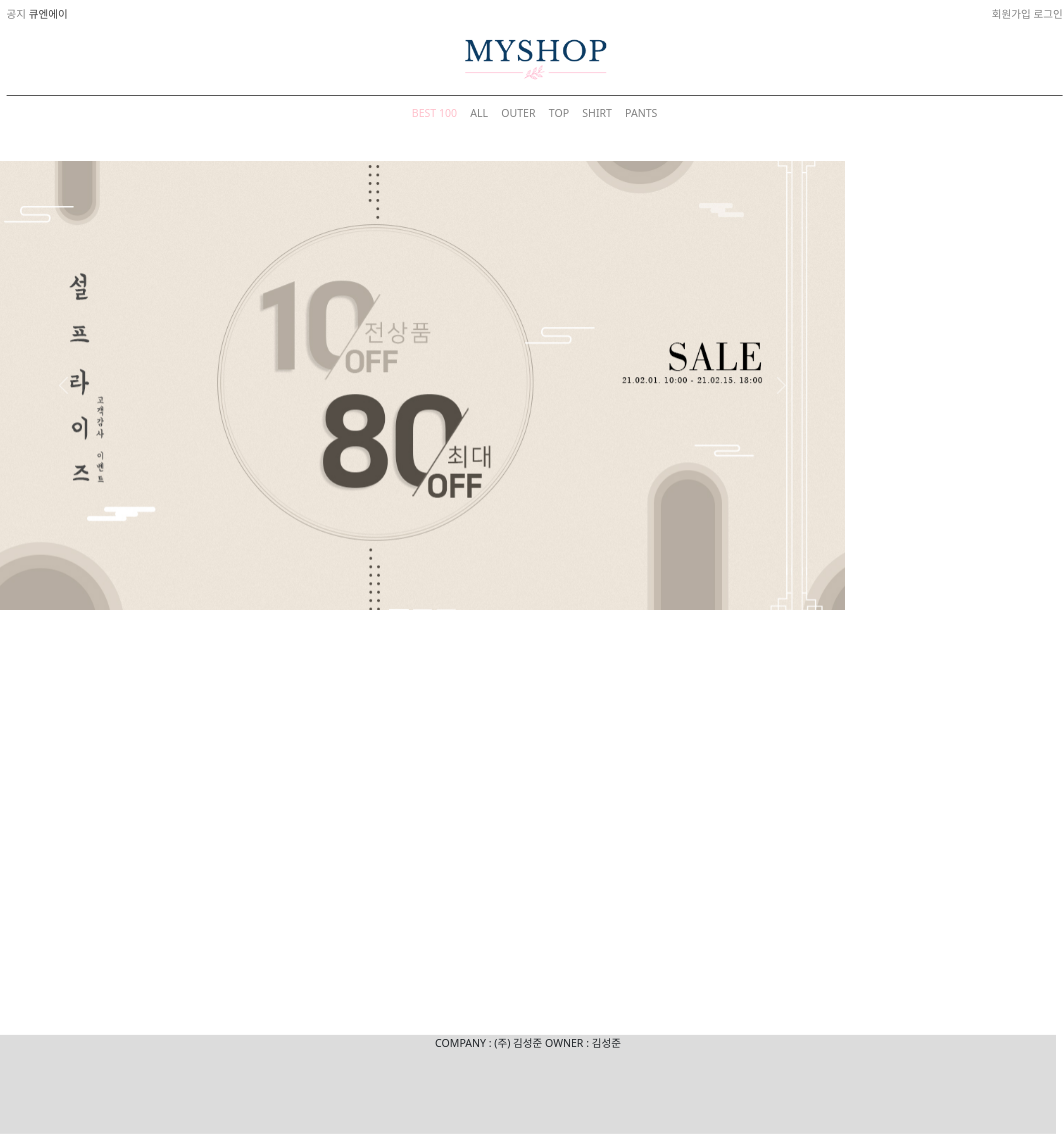
Repository: kkj53051000/MyShop
Page: http://localhost/myshop/WEB-INF/views/main.jsp
The author's editor kept a copy of each file at every save. The page is drawn from the files as they stood at one save, then again after the next save.
The browser window is 1280 px wide. The page is 1610 px wide, so the pictures cover 1610 px, including what lies to the right of the window. The pictures show the whole page, at 66% of full size.
Some web libraries are served in a nearby version. The page is served by Tomcat 9. Nobody is signed in. Other server files are loaded and not shown. The template is opened directly, without the code that normally fills it, so the values that code supplies are empty.

Above is the page before, as saved 2021-02-25 09:37:12.

### myshop/src/main/webapp/WEB-INF/views/main.jsp
<%@ page language="java" contentType="text/html; charset=UTF-8"
    pageEncoding="UTF-8"%>
<!DOCTYPE html>
<html>
<head>
	<meta charset="UTF-8">
	<title>메인</title>
	<link href="https://cdn.jsdelivr.net/npm/bootstrap@5.0.0-beta1/dist/css/bootstrap.min.css" rel="stylesheet" integrity="sha384-giJF6kkoqNQ00vy+HMDP7azOuL0xtbfIcaT9wjKHr8RbDVddVHyTfAAsrekwKmP1" crossorigin="anonymous">
	<style>
		.main_wrap{
			height: 1300px;
			width: 100%;


			margin-top: 50px;

			display: flex;
			justify-content: center;

			box-sizing: border-box;

		}
		.main_top{
			min-width: 80%;
			max-width: 1523px;
			height: 680px;
    		overflow: hidden;
    		position: relative;

			display: flex;
			flex-direction: column;
			justify-content: center;

		}
		.main_top_img{
			width: 400px;
		}
		.main_top_content{

		}
		h4{
			color: #828282;
		}
	</style>
	<link href="https://cdn.jsdelivr.net/npm/bootstrap@5.0.0-beta2/dist/css/bootstrap.min.css" rel="stylesheet" integrity="sha384-BmbxuPwQa2lc/FVzBcNJ7UAyJxM6wuqIj61tLrc4wSX0szH/Ev+nYRRuWlolflfl" crossorigin="anonymous">
</head>
<body>
	<%@ include file="common/header.jsp" %>

	<div class="main_wrap">

		<div class="main_top">
			<div id="carouselExampleCaptions" class="carousel slide" data-bs-ride="carousel">
		  <div class="carousel-indicators">
		    <button type="button" data-bs-target="#carouselExampleCaptions" data-bs-slide-to="0" class="active" aria-current="true" aria-label="Slide 1"></button>
		    <button type="button" data-bs-target="#carouselExampleCaptions" data-bs-slide-to="1" aria-label="Slide 2"></button>
		    <button type="button" data-bs-target="#carouselExampleCaptions" data-bs-slide-to="2" aria-label="Slide 3"></button>
		  </div>
		  <div class="carousel-inner">
		    <div class="carousel-item active">
		      <img src="/public/upload/210129_event.jpg" class="d-block w-100" alt="...">
		    </div>
		    <div class="carousel-item">
		      <img src="/public/upload/210129_event.jpg" class="d-block w-100" alt="...">
		    </div>
		    <div class="carousel-item">
		      <img src="/public/upload/210129_event.jpg" class="d-block w-100" alt="...">
		    </div>
		  </div>
		  <button class="carousel-control-prev" type="button" data-bs-target="#carouselExampleCaptions"  data-bs-slide="prev">
		    <span class="carousel-control-prev-icon" aria-hidden="true"></span>
		    <span class="visually-hidden">Previous</span>
		  </button>
		  <button class="carousel-control-next" type="button" data-bs-target="#carouselExampleCaptions"  data-bs-slide="next">
		    <span class="carousel-control-next-icon" aria-hidden="true"></span>
		    <span class="visually-hidden">Next</span>
		  </button>
		</div>

		</div>

		<div class="main_center">

		</div>

	</div>
	<br>
	<%@ include file="common/footer.jsp" %>
	<script src="https://cdn.jsdelivr.net/npm/@popperjs/core@2.5.4/dist/umd/popper.min.js" integrity="sha384-q2kxQ16AaE6UbzuKqyBE9/u/KzioAlnx2maXQHiDX9d4/zp8Ok3f+M7DPm+Ib6IU" crossorigin="anonymous"></script>
	<script src="https://cdn.jsdelivr.net/npm/bootstrap@5.0.0-beta1/dist/js/bootstrap.min.js" integrity="sha384-pQQkAEnwaBkjpqZ8RU1fF1AKtTcHJwFl3pblpTlHXybJjHpMYo79HY3hIi4NKxyj" crossorigin="anonymous"></script>
	<script>
		var myCarousel = document.querySelector('#myCarousel')
		var carousel = new bootstrap.Carousel(myCarousel)
	</script>
</body>
</html>

### myshop/src/main/webapp/WEB-INF/views/common/header.jsp
<%@ page language="java" contentType="text/html; charset=UTF-8" pageEncoding="UTF-8"%>
<%@ taglib prefix="c" uri="http://java.sun.com/jsp/jstl/core" %>
<!DOCTYPE html>
<html>
<head>
	<meta charset="UTF-8">
	<title>Header</title>
	<style>
		.header{
			margin: 10px;

			min-width: 1600px;
		}
		.header_top{
			display: flex;
			flex-direction: row;
			justify-content: space-between;

			color: #3c3c3c;
		}
		.header_center{
			display: flex;
			justify-content: center;
			margin-bottom: 5px;
			border-bottom: 1px solid black;
		}
		.header_center_img{
			height: 100px;
		}
		.header_left{

		}
		.header_right{

		}
		.header_footer{

			width: 100%;
			display: flex;
			justify-content: center;

			<!-- position: fixed; -->


			color: #828282;
		}
		.header_footer > span{
			margin: 10px;
		}
		img{
			margin-bottom: 10px;
		}

		a:link {text-decoration:none; color: #828282;}
		a:visited {text-decoration:none; color: #828282;}
		a:hover {text-decoration:none; color: #828282;}
	</style>
	<link href="https://cdn.jsdelivr.net/npm/bootstrap@5.0.0-beta2/dist/css/bootstrap.min.css" rel="stylesheet" integrity="sha384-BmbxuPwQa2lc/FVzBcNJ7UAyJxM6wuqIj61tLrc4wSX0szH/Ev+nYRRuWlolflfl" crossorigin="anonymous">
</head>
<body>
	<div class="header">
		<div class="header_top">
			<div class="header_left">
				<span><a href="/notice/list">공지</a></span>
				<span>큐엔에이</span>
			</div>
			<div class="header_right">
				<c:if test="${user.role == 'USER'}">
					<!-- user, admin Check -->
				</c:if>

				<c:if test="${user == null}">
					<span><a href="/join">회원가입</a></span>
					<span><a href="/login">로그인</a></span>
				</c:if>
				<c:if test="${user != null}">
					<strong>관리자</strong>
					<span><a href="/admin/product-list">제품상세등록</a></span>
					<span><a href="/product-upload">제품등록</a></span>
					<span><a href="/order/list">주문내역</a></span>
					<span><a href="##">카트</a></span>
					<span><a href="##">마이페이지</a></span>
					<span><a href="/user/logout">로그아웃</a></span>
				</c:if>
			</div>
		</div>
		<div class="header_center">
			<a href="/"><img class="header_center_img" src="/public/upload/logo.jpg"/></a>
		</div>
		<div class="header_footer">
			<span><a href="####" style="color: #ffc0cb;">BEST 100</a></span>
			<span><a href="/product/list?category=ALL">ALL</a></span>
			<span><a href="/product/list?category=OUTER">OUTER</a></span>
			<span><a href="/product/list?category=TOP">TOP</a></span>
			<span><a href="/product/list?category=SHIRT">SHIRT</a></span>
			<span><a href="/product/list?category=PANTS">PANTS</a></span>
		</div>
	</div>
</body>
</html>

### myshop/src/main/webapp/WEB-INF/views/common/footer.jsp
<%@ page language="java" contentType="text/html; charset=UTF-8"
    pageEncoding="UTF-8"%>
<!DOCTYPE html>
<html>
<head>
	<meta charset="UTF-8">
	<title>Insert title here</title>
	<style>
		.footer{
			display: flex;
			justify-content: center;
			background-color: #dcdcdc;
			height: 150px;

			min-width: 1600px;
		}
	</style>
</head>
<body>
	<div class="footer">
		<span>COMPANY : (주) 김성준 OWNER : 김성준</span>
	</div>
</body>
</html>

After the next save:
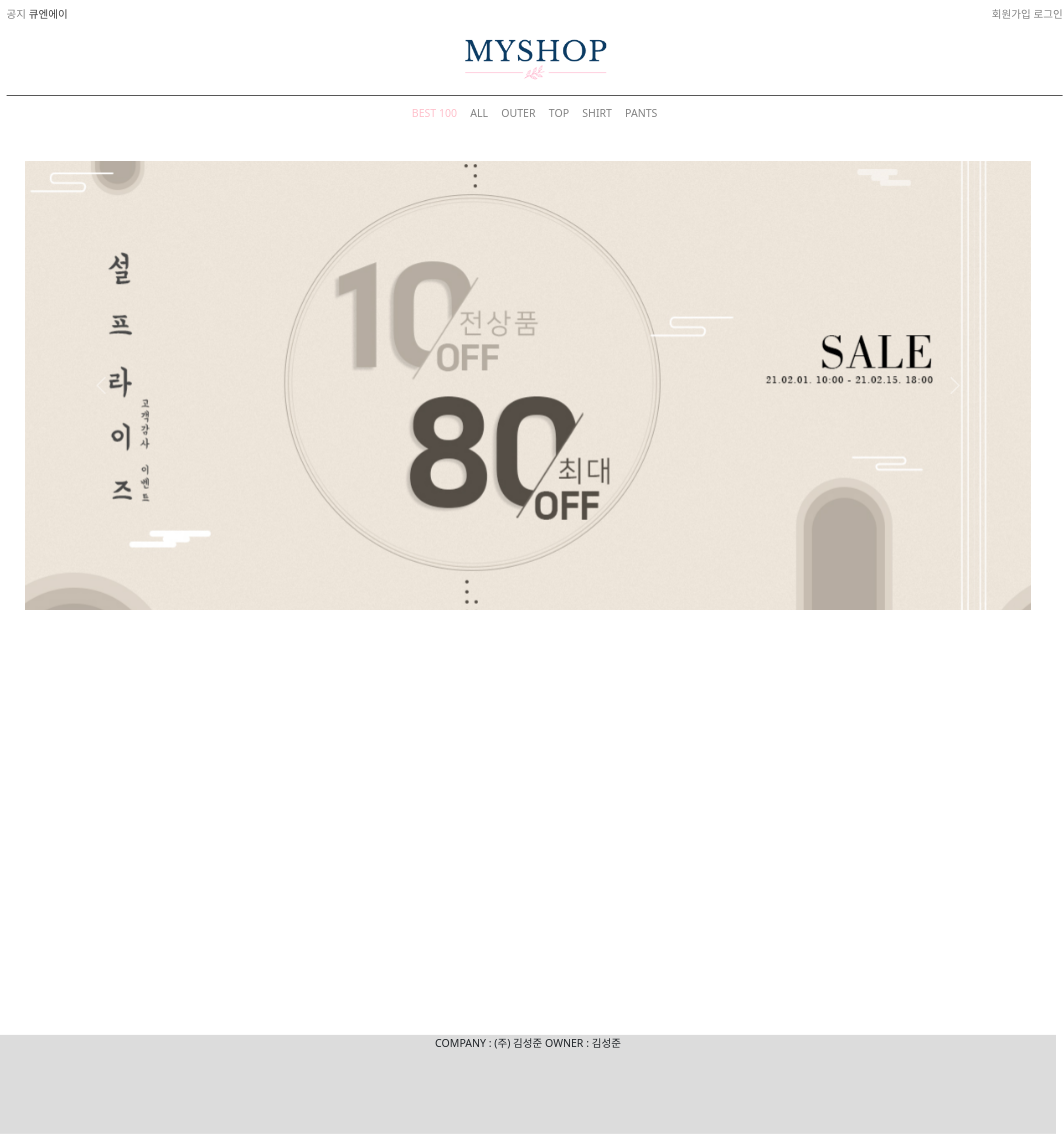
Saved 43 h 10 min later.
--- a/myshop/src/main/webapp/WEB-INF/views/main.jsp
+++ b/myshop/src/main/webapp/WEB-INF/views/main.jsp
@@ -10,7 +10,7 @@
 		.main_wrap{
 			height: 1300px;
 			width: 100%;
-
+			min-width: 1600px;
 
 			margin-top: 50px;
 
